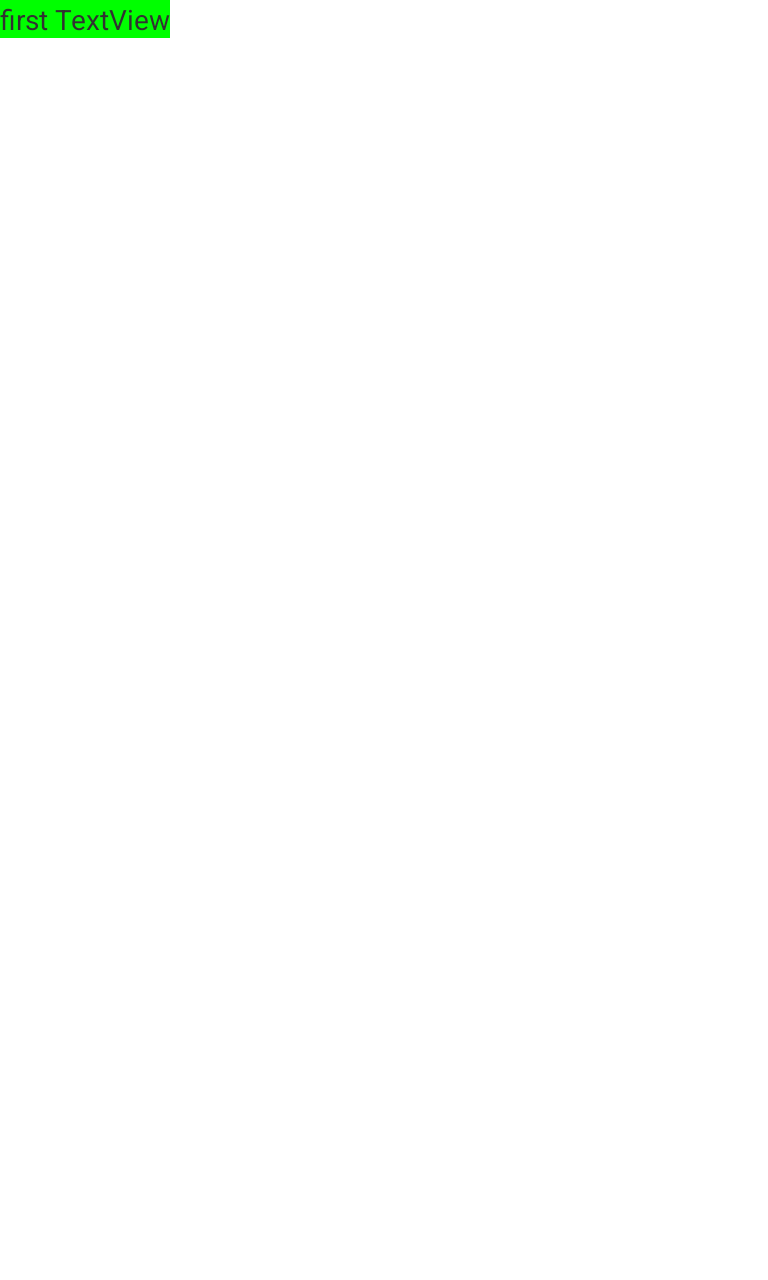
Repository: founderzhl/MarsAndroid
Layout: S01_E13_RelativeLayout/res/layout/activity_main.xml
An editor plug-in stored every save of this project. The layout is shown before and after the next save, followed by the edit.
It is drawn on a 768 x 1280 px phone screen (xhdpi) without system bars, with theme AppTheme; the app's code is not run.

Above is the layout before, as saved 2015-01-21 16:28:06.

### S01_E13_RelativeLayout/res/layout/activity_main.xml
<RelativeLayout xmlns:android="http://schemas.android.com/apk/res/android"
    xmlns:tools="http://schemas.android.com/tools"
    android:layout_width="match_parent"
    android:layout_height="match_parent"
    tools:context="com.example.s01_e13_relativelayout.MainActivity" >

    <TextView
        android:id="@+id/firstview"
        android:layout_width="wrap_content"
        android:layout_height="wrap_content"
        android:background="#00FF00"
        android:text="first TextView" />

    <TextView
        android:layout_width="wrap_content"
        android:layout_height="wrap_content"
        android:background="#00FFFF"
        android:layout_toLeftOf="@id/firstview"
        android:text="second TextView" />



</RelativeLayout>

Loaded but not shown: S01_E13_RelativeLayout/res/values/styles.xml (common file); S01_E13_RelativeLayout/res/values-v11/styles.xml (common file); S01_E13_RelativeLayout/res/values-v14/styles.xml (common file)

After the next save:
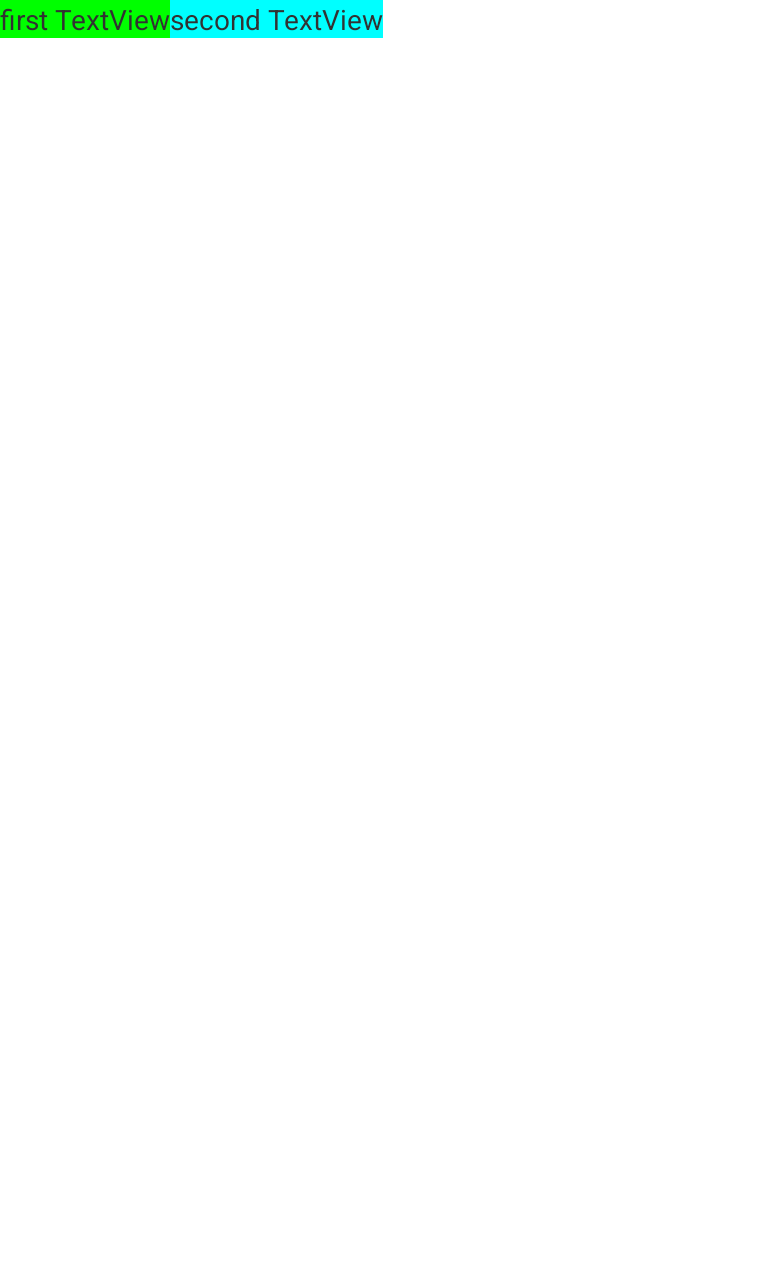
Saved 19 s later.
--- a/S01_E13_RelativeLayout/res/layout/activity_main.xml
+++ b/S01_E13_RelativeLayout/res/layout/activity_main.xml
@@ -15,7 +15,7 @@
         android:layout_width="wrap_content"
         android:layout_height="wrap_content"
         android:background="#00FFFF"
-        android:layout_toLeftOf="@id/firstview"
+        android:layout_toRightOf="@id/firstview"
         android:text="second TextView" />
 
 
